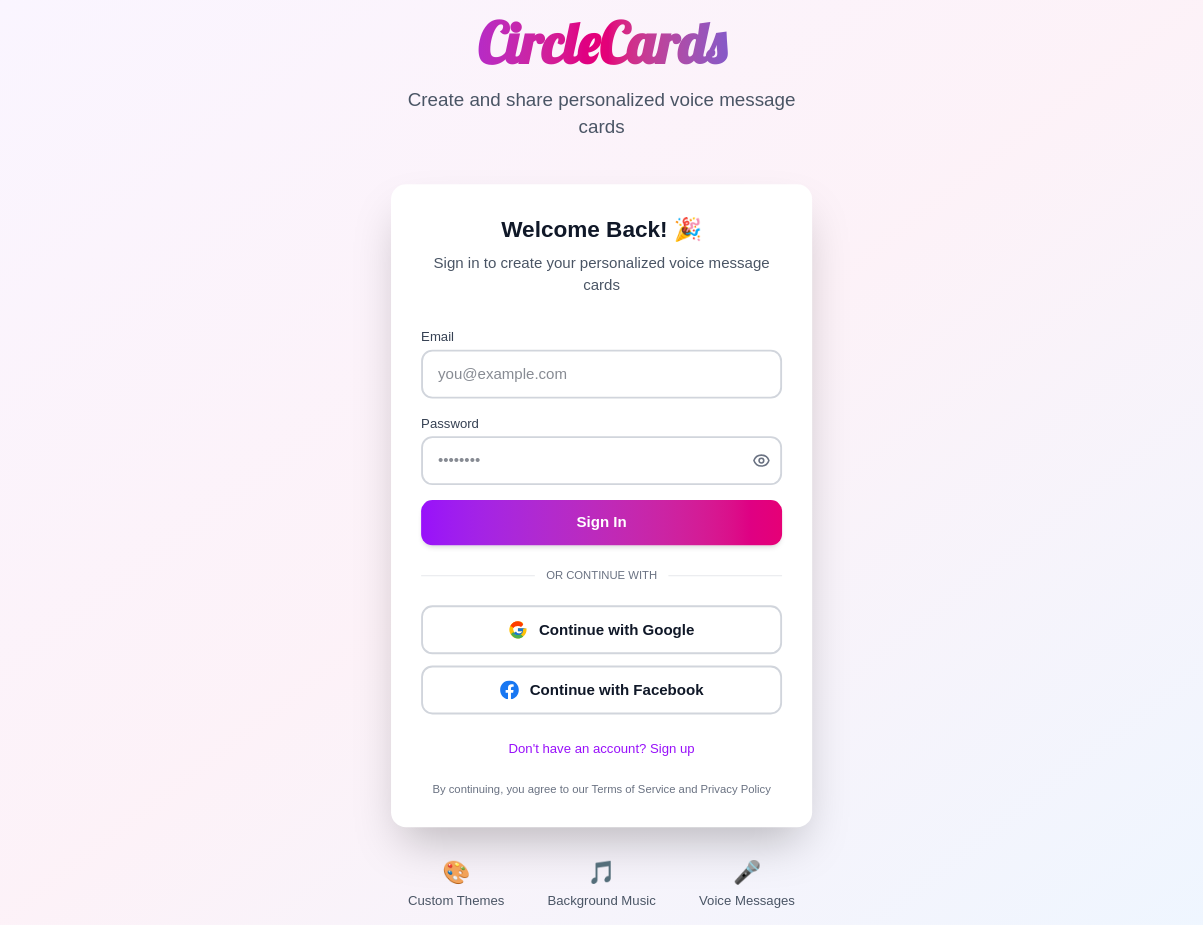
Repository: Aworminator/Birthday-Card-App
Page: /
The author's editor kept a copy of each file at every save. The page is drawn from the files as they stood at one save, then again after the next save.
The browser window is 1280 px wide. The pictures show the whole page, at 94% of full size.
The page's requests for data from a server got no answer. The project was rebuilt for these pictures with package versions that can differ from the ones it lists, and the page was loaded fresh each time. The framework's server and built-in components were replaced by stand-ins that run in the browser. No one was signed in, and anything a server would have sent is missing. Also part of the build but not shown: next.config.ts.

Above is the page before, as saved 2025-12-22 21:11:30.

After the next save:
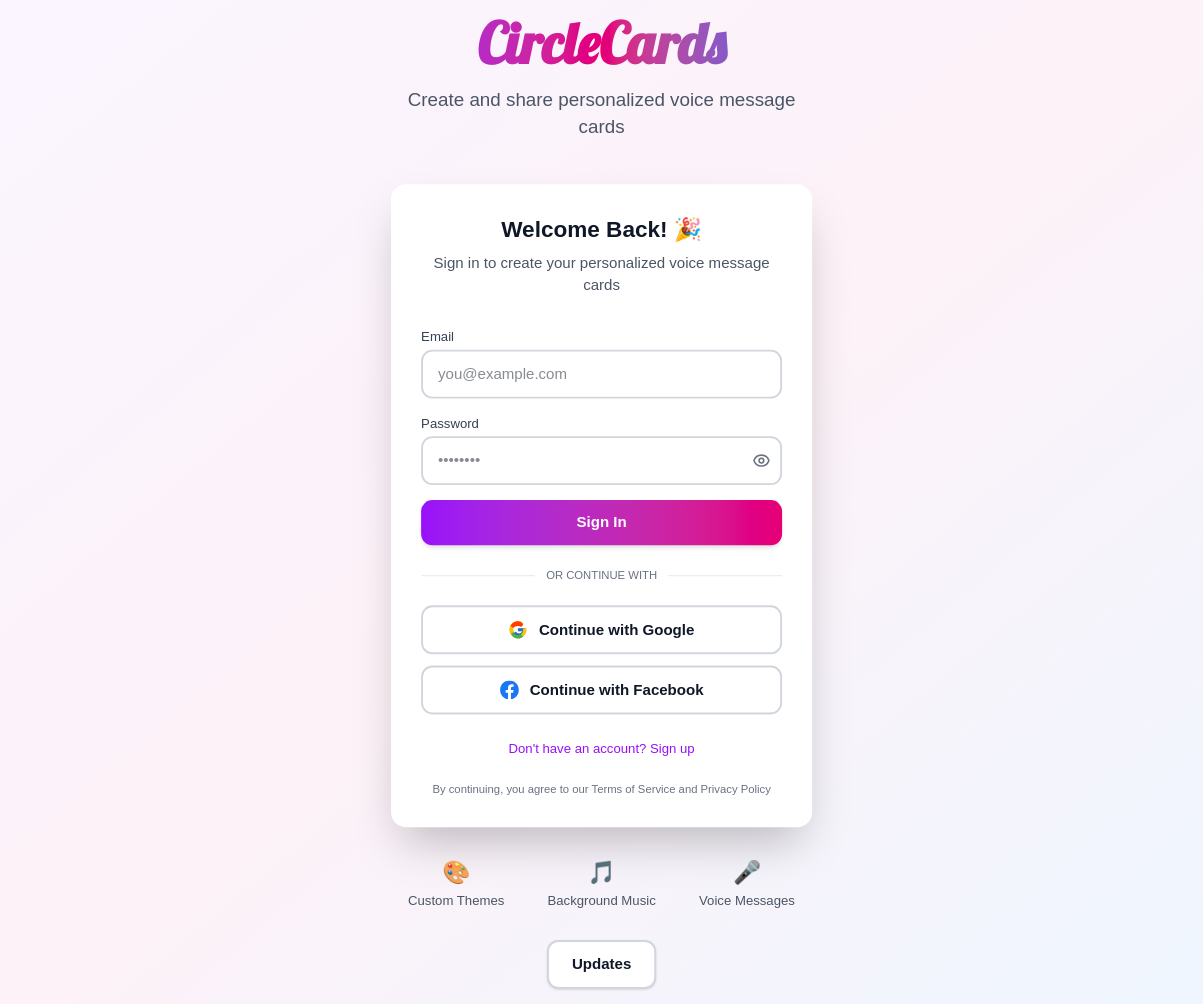
Saved 24 min 8 s later.
--- a/app/page.tsx
+++ b/app/page.tsx
@@ -13,6 +13,15 @@ export default function WelcomePage() {
   const [password, setPassword] = useState("");
   const [authLoading, setAuthLoading] = useState(false);
   const [showPassword, setShowPassword] = useState(false);
+  const [showUpdates, setShowUpdates] = useState(false);
+
+  // Updates log entries (add new items when requested)
+  const updatesLog = [
+    {
+      date: "Dec 22, 2025",
+      message: "Google and Facebook authorization added to create an account",
+    },
+  ];
 
   // Password validation
   const validatePassword = (pwd: string) => {
@@ -407,7 +416,48 @@ export default function WelcomePage() {
               <div>Voice Messages</div>
             </div>
           </div>
+
+          {/* Updates button */}
+          <div className="mt-8">
+            <button
+              type="button"
+              onClick={() => setShowUpdates(true)}
+              className="px-6 py-3 border-2 border-gray-300 rounded-xl hover:border-gray-400 transition-all bg-white text-gray-900 font-semibold shadow-sm"
+            >
+              Updates
+            </button>
+          </div>
         </div>
+
+        {/* Updates Modal */}
+        {showUpdates && (
+          <div className="fixed inset-0 z-50 flex items-center justify-center">
+            <div
+              className="absolute inset-0 bg-black/40"
+              onClick={() => setShowUpdates(false)}
+            />
+            <div className="relative z-10 w-full max-w-md mx-4 bg-white rounded-2xl shadow-2xl p-6">
+              <div className="flex items-center justify-between mb-4">
+                <h3 className="text-lg font-bold text-gray-900">Updates</h3>
+                <button
+                  aria-label="Close updates"
+                  className="text-gray-500 hover:text-gray-700"
+                  onClick={() => setShowUpdates(false)}
+                >
+                  ✕
+                </button>
+              </div>
+              <div className="space-y-4">
+                {updatesLog.map((u, i) => (
+                  <div key={i} className="border border-gray-200 rounded-xl p-4 text-left">
+                    <div className="text-xs text-gray-500 mb-1">{u.date}</div>
+                    <div className="text-sm text-gray-900">{u.message}</div>
+                  </div>
+                ))}
+              </div>
+            </div>
+          </div>
+        )}
       </div>
     </main>
   );
